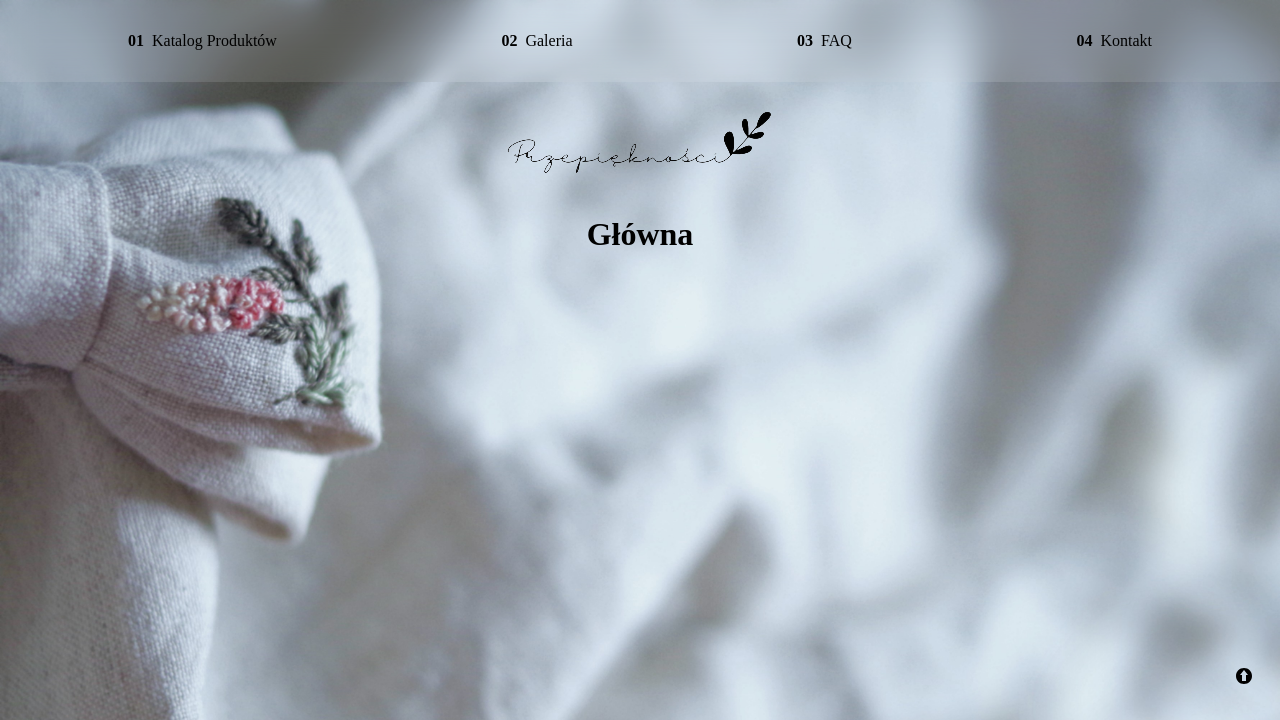
Repository: kowalkos/Rak_projekt
Page: /
These files come from the project's save history. The page is drawn as it stood at one moment and after the next save; the edit follows.
The browser window is 1280 px wide. The pictures show the whole page.
The project was rebuilt for these pictures with package versions that can differ from the ones it lists, and the page was loaded fresh each time. Also part of the build but not shown: src/components/produkty/produkt.js, src/components/galeria/Galeria.js, src/components/FAQ/Faq.js, src/components/about/About.css, src/components/about/About.js.

Above is the page before, as saved 2022-01-18 21:07:59.

### src/index.css
body {
  margin: 0;
  background-image: url('/src/img/tlo.jpg');
  background-attachment: fixed;
  background-repeat: no-repeat;
  background-size: cover;
  overflow-x: hidden;
  color: black;

  min-width: 325px;
}

### src/App.js
import Produkt from './components/produkty/produkt';
import Galeria from './components/galeria/Galeria';
import Main from './components/main/Main';
import Faq from './components/FAQ/Faq';
import About from './components/about/About';
import Footer from './components/footer/footer';
import './App.css';
import NavBar from './components/navbar/NavBar';
import {BrowserRouter as Router, Route, Routes} from 'react-router-dom';
function App() {

  return (
    <Router>
    <div className="App">
     <NavBar/>
     <Routes>
     <Route path="/" element={<Main/>}/>
     <Route path="/Faq"element={<Faq/>}/>
     <Route path="/produkty" element={<Produkt/>}/>
     <Route path="/galeria"element={<Galeria/>}/>
     <Route path="/about"element={<About/>}/>
     </Routes>
     <Footer/>
    </div>
    </Router>
  );
}

export default App;

### src/components/main/Main.js
function Main(props)
{
    return <div><h1>Główna</h1></div>
}

export default Main;

### src/components/footer/footer.js
import './footer.css';
function Footer(props)
{
    return <div >

            <a href='#top'>
                <button className='upArrow'></button>
            </a>


    </div>;
}
export default Footer;

### src/App.css
.App {
  text-align: center;
  /* background-image: url('/src/img/kosmos.jpg'); */

}

### src/components/navbar/NavBar.js

import { Link } from 'react-router-dom';
import logo from '../../img/logoso.png';
import './NavBar.css';
function NavBar(props) {


    function toggle() {
        const primaryNav = document.querySelector('.primary-navigation');
        const navToggle = document.querySelector('.mobile-nav-toggle');
        console.log(primaryNav);
        console.log(navToggle);

        const visibility = primaryNav.getAttribute('data-visible');
        if (visibility === "false") {
            primaryNav.setAttribute('data-visible', true);
            navToggle.setAttribute('aria-expanded', true);
        }
        else if (visibility === "true") {
            primaryNav.setAttribute('data-visible', false);
            navToggle.setAttribute('aria-expanded', false);
        }
        console.log(visibility);
    }
    return <header className='primary-header'>
        <button className='mobile-nav-toggle'
            aria-controls='primary-navigation'
            onClick={toggle} >
            <span className='sr-only'></span>
        </button>

        <nav>
            <ul id='primary-navigation' aria-expanded="false" data-visible="false" className='primary-navigation flex'>
                {/* <li>
                    <Link to='/' >
                        <span aria-hidden="true">00</span>
                        Strona główna
                    </Link>
                </li> */}
                <li>
                    <Link to='/produkty' >
                        <span aria-hidden="true">01</span>
                        Katalog Produktów
                    </Link>
                </li>
                <li>
                    <Link to='/galeria' >
                        <span aria-hidden="true">02</span>
                        Galeria
                    </Link>
                </li>
                <li>
                    <Link to='/Faq' >
                        <span aria-hidden="true">03</span>
                        FAQ
                    </Link>
                </li>
                <li>
                    <Link to='/about' >
                        <span aria-hidden="true">04</span>
                        Kontakt
                    </Link>
                </li>
            </ul>
        </nav>
        <div className='logo'>
        <Link to='/' >
            <img  src={logo} alt='Logo'></img>
            </Link>
        </div>

    </header>;

    // return <div className='main-nav-bar' >
    //     <div className='nav-bar__roll-down' onhover={onHoverHandle} >
    //         Katalog Produktów
    //         <div id='nav-bar__inside'>
    //             Kokardy
    //         </div>
    //         <div id='nav-bar__inside'>
    //             Kokardy
    //         </div>
    //         <div id='nav-bar__inside'>
    //             Kokardy
    //         </div>
    //         <div id='nav-bar__inside'>
    //             Kokardy
    //         </div>height:"20px";width
    //     </div >
    //     <div className='nav-bar'>
    //         O mnie
    //     </div>
    //     <div className='nav-bar'>
    //         FAQ
    //     </div>
    //     <div className='nav-bar'>
    //         Kontakt
    //     </div>

    // </div>;
}

export default NavBar;

### src/components/footer/footer.css
.footer
{
    width: 80%;
    margin: 0 auto;
}
.upArrow
{
    display: block;
    position: fixed;
    width: 2.25rem;
    aspect-ratio: 1;
    right: 0.5rem;
    bottom: 1rem;
    z-index: 10000;
    background-color: transparent;
    background-image: url(/src/img/arrow_up.svg);
    background-repeat: no-repeat;
    border: 0px;
    transition: all 0.5s ease-in-out;

}

### src/components/navbar/NavBar.css
.flex {
    display: flex;
    gap: var(--gap, 1rem);
}

.primary-header {
    align-items: center;
    justify-content: space-between;

}
.logo{
    margin:0rem;
}
.mobile-nav-toggle {
    display: none;
}

.primary-navigation {
    list-style: none;
    margin: 0 0rem;
    background: hsl(0 0% 0% /0.75);
}


.primary-navigation a {
    text-decoration: none;
    color: black;
}

.primary-navigation a>[aria-hidden="true"] {
    font-weight: 700;
    margin-inline-end: .5rem;
}

@supports(backdrop-filter: blur(1rem)) {
    .primary-navigation {
        background: hsl(0 0% 100% /0.1);
        backdrop-filter: blur(1rem);
    }
}

@media (max-width:35em) {
    .primary-navigation {
        position: fixed;
        inset: 0 0 0 50%;
        --gap: 1rem;
        z-index: 1000;
        flex-direction: column;
        padding: min(30vh, 5rem) 1rem;

        transform: translateX(100%);
        transition: transform 350ms ease-out;
    }

    .primary-navigation[data-visible="true"] {
        transform: translateX(0%);
    }

    .mobile-nav-toggle {
        display: block;
        position: fixed;
        width: 2.25rem;
        aspect-ratio: 1;
        top: 2rem;
        right: 1rem;
        z-index: 9999;
        background-color: transparent;
        background-image: url(/src/img/Hamburger_icon.svg);
        background-repeat: no-repeat;
        border: 0px;
    }

    .mobile-nav-toggle[aria-expanded="true"] {
        background-image: url(/src/img/x-symbol.svg);
        background-size: 32px;
    }

    .sr-only {
        display: none;
    }
}

@media (min-width:35em) and (max-width:55em) {
    .primary-navigation a>span[aria-hidden="true"] {
        display: none;
    }
}
@media (min-width:35em)
{

.primary-navigation{
    --gap:2rem;
    justify-content: space-between;
    padding-block: 2rem;
    padding-inline:clamp(3rem,10vw,10rem);
}
}

### src/components/produkty/Produkt.css
.references
{
    width: 100%;
    text-align: center;

}
.references h1 {
    color: black;
    display: inline-block;
    padding: 0rem 1rem;
    margin:0 1rem;
    font-size: 3rem ;
    -webkit-text-stroke: 1px white;



}
h2{
    margin: 1rem auto;
    color: white;
    -webkit-text-stroke: 1px black;
    width: max(70%,300px);
    font-size: 2.5rem;
}
@supports(backdrop-filter: blur(1rem)) {
    .items{
        backdrop-filter: blur(4rem);


        border-radius: 4%;
        overflow: hidden;



    }
}
.items
{
    margin:  auto;
    width: max(100%);

}
.items >img{
    max-width: 100%;
    display: block;
    margin: 0 auto;
    border-radius: 4%;
}
.wrapper{
    width: 100%;
}
.container2
{
    width: 69%;
   margin: 0 auto;
    display: grid;
    grid-template-columns: repeat(2,1fr);
    gap:1rem 1rem;
}
.container
{
    width: 90%;
   margin: 0 auto;
    display: grid;
    grid-template-columns: repeat(3,1fr);
    gap:1rem 1rem;
}
.col-span
{
    grid-column: span 2;
}
@media (max-width:35em) {
    .container2
    {
        width: 69%;
       margin: 0 auto;
        display: grid;
        grid-template-columns: repeat(1,1fr);
        gap:1rem 1rem;
    }
    .container
    {
        width: 69%;
       margin: 0 auto;
        display: grid;
        grid-template-columns: repeat(1,1fr);
        gap:1rem 1rem;
    }
}

Loaded but not shown: public/index.html (common file); src/index.js (common file)

After the next save:
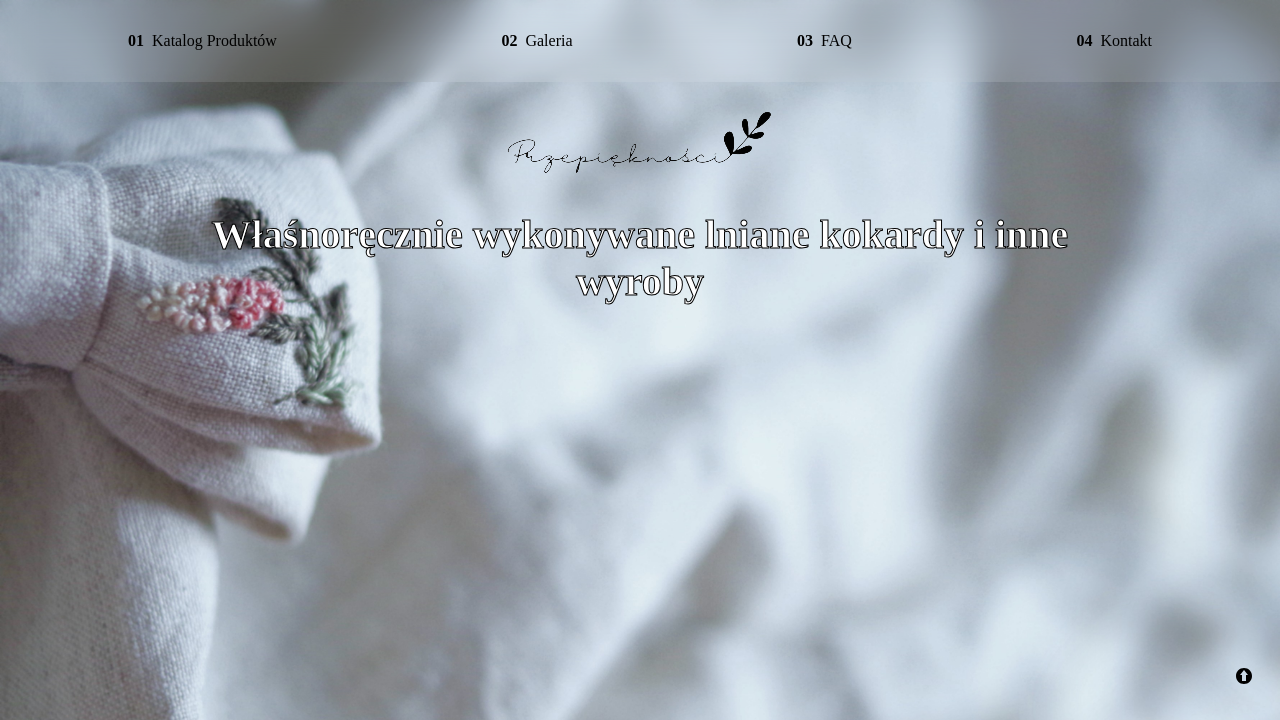
Saved 17 h 8 min later.
--- a/src/components/main/Main.js
+++ b/src/components/main/Main.js
@@ -1,6 +1,10 @@
 function Main(props)
 {
-    return <div><h1>Główna</h1></div>
+    return <div>
+        <h2>
+            Właśnoręcznie wykonywane lniane kokardy i inne wyroby
+        </h2>
+    </div>
 }
 
 export default Main;
